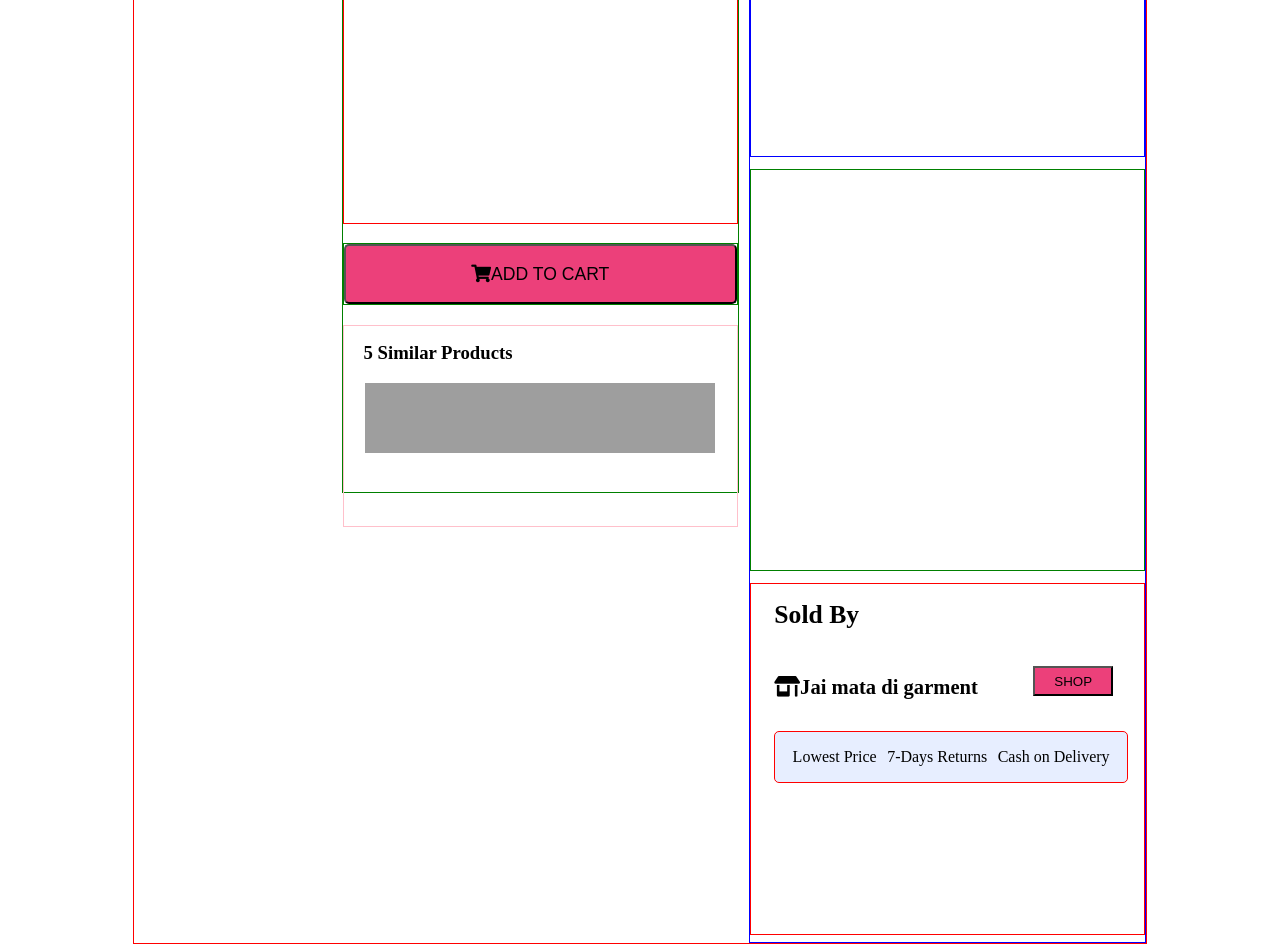
Repository: deepakxxxx/meesho
Page: catelog.html
An editor plug-in stored every save of this project. The page is shown before and after the next save, followed by the edit.
The browser window is 1280 px wide. The pictures show the part of the page from y = 419 to 1371 px (the page is 1371 px tall).
Pictures or frames that could not be fetched are drawn as grey boxes. A picture or video elsewhere on the page could not be fetched, so the positions and the page height are approximate.

Above is the page before, as saved 2021-11-06 17:51:52.

### catelog.html
<!DOCTYPE html>
<html lang="en">
<head>
    <meta charset="UTF-8">
    <meta http-equiv="X-UA-Compatible" content="IE=edge">
    <meta name="viewport" content="width=device-width, initial-scale=1.0">
    <link rel="stylesheet" href="https://use.fontawesome.com/releases/v5.15.4/css/all.css" integrity="sha384-DyZ88mC6Up2uqS4h/KRgHuoeGwBcD4Ng9SiP4dIRy0EXTlnuz47vAwmeGwVChigm" crossorigin="anonymous">
    <title>Document</title>
</head>
<style>
      #main{
        width: 100%;
        height: 136px;
        border: 1px solid white;
        margin: auto;
        /* position: fixed; */
    }
    #top{
        width: 100%;
        height: 70px;
        /* border: 1px solid red; */
        display: flex;

    }
    #left{
        display: flex;
        width: 55%;
    }
    #meesho{
      text-decoration: none;
      font-size: 50px;
      color: #F06292;
      font-weight: bold;
      margin-left: 25%;
      margin-top: 1%;
      /* margin-right: 0px; */
    }
    #search{
        /* margin-left: 30%; */
        height: 60px;
        width: 400px;
        border-radius: 6px;
        margin-top: 1%;
        /* margin-left: 0px; */
        border: 1px solid #BDBDBD;
        font-size: 90%;
        /* margin-right: 60%; */
    }
    #right{
        display: flex;
        list-style-type: none;
        column-gap: 30px;

    }
    #rightmain{
        width: 45%;
        margin-right: 6%;
        /* margin-top: 9px; */
    }
    #app{
        text-decoration: none;
        margin-left: 10px;
        margin-top: 9px;
        font-size: 103%;
        color: black;
    }
    #supp{
        text-decoration: none;
        margin-top: 9px;
        font-size: 103%;
        color: black;
    }
    #profile{
        text-decoration: none;
        font-size: 103%;
        color: black;
    }
    #cart{
        text-decoration: none;
        font-size: 103%;
        color: black;
    }
    #app:hover{
        color: #EC407A;
        text-decoration: underline;
    }
    #profile:hover{
        color: #EC407A;
        text-decoration: underline;
    }
    .line1{
        height: 30px;
    }
    .line2{
        color: #BDBDBD;
    }
    #heading
    {
        width: 73%;
        margin:  5% auto auto auto ;
        display: grid;
        grid-template-columns: 23% 54% 23%;
        padding: 1%;
        position: sticky;
    }
    #topic{
        margin-top:-15px;
        text-align: center;
    }
    #collection{
        display: flex;
        margin-left: 2%;
        list-style-type: none;
        font-size: 105%;
        column-gap: 63px;

    }
    ul > a{
        text-decoration: none;
        color: black;
    }
    ul > a :hover{
        color: #EC407A;
        /* text-decoration: underline; */
    }
    #container{
        width: 80%;
        border: 1px solid red;
        margin: auto;
        display: flex;
        margin-top: 1%;
        column-gap: 1%;
    }
    #smallImg{
        width: 20%;
        /* border: 1px solid blue; */
        height: 300px;
    }
    #bigImg{
        width: 40%;
        border: 1px solid green;
        height: 750px;
    }
    #descr{
        width: 40%;
        border: 1px solid blue;
        height: 1200px;
    }
    .product_sneek_peek{
        width: 70px;
        height: 70px;
        border: 1px solid red;
        margin-left: 69%;
        border-radius: 5px;
    }
    #imgDi{
        width: 99.5%;
        height: 480px;
        border: 1px solid red;
    }
    #addto{
        width: 99.5%;
        height: 60px;
        border: 1px solid green;
        margin-top: 5%;
    }
    #addto > button{
        width: 100%;
        height: 100%;
        background-color: #EC407A;
        font-size: 110%;
        border-radius: 5px;
    }
    #similar{
        width: 99.5%;
        height: 200px;
        border: 1px solid pink;
        margin-top: 5%;
    }
    #deta{
        width: 99.5%;
        height: 200px;
        border: 1px solid red;
    }
    #sizes{
        width: 99.5%;
        height: 200px;
        border: 1px solid blue;
        margin-top: 3%;
    }
    #infor{
        width: 99.5%;
        height: 400px;
        border: 1px solid green;
        margin-top: 3%;
    }
    #deler{
        width: 99.5%;
        height: 350px;
        border: 1px solid red;
        margin-top: 3%;
    }
    #similar > h3{
        margin-left: 5%;
        margin-top: 4%;
    }
    #simimg{
        display: flex;
        justify-content: center;
    }
    #simimg > img{
        width: 70px;
        height: 70px;
    }
    #deler > h3{
        margin-top: 4%;
        margin-left: 6%;
        font-size: 160%;
    }
    #sho{
        display: flex;
        margin-left: 6%;
        column-gap: 15%;
        font-size: 110%;
    }
    #sho > button{
        width: 80px;
        height: 30px;
        margin-top: 3%;
        background-color: #EC407A;
    }
    #sho1{
        display: flex;
        margin-left: 6%;
        column-gap: 3%;
        border: 1px solid red;
        justify-content: center;
        margin-right: 4%;
        background-color: #e7eeff;
        margin-top: 3%;
        border-radius: 5px;
    }
</style>
<body>
    <div id="main">

        <div id="top">
            <div id="left">
             <span><a href="" id="meesho"><img src="https://cdn.hevodata.com/customer/logo/8c76f62bd88177a78bb6e2810a244446.png" alt="" rel = "icon" width="40%"></span></a>
             <span><input type="search" id="search" placeholder="Try Saree,Kurti or Search by Product Code"> </span>
            </div>
            <div id="rightmain">
                <ul id="right">
                    <div id="app">
                      <li><a href="" id="app"><i class="fas fa-mobile-alt"></i></a><a href="" id="app">Download App</a></li>

                    </div>
                    <hr class="line1">
                    <div id="supp">
                      <li><a href="" id="supp">Become a Supplier</a></li>

                    </div>
                    <hr class="line1">
                    <div>
                       <a href="" id="profile"><i class="far fa-user"></i></a>
                      <li><a href="" id="profile">Profile</a></li>
                    </div>

                    <hr class="line1">
                    <div>
                      <a href="" id="cart"><i class="fas fa-shopping-cart"></i></a>
                      <li><a href="" id="cart">Cart</a></li></li>
                    </div>

                </ul>
            </div>
        </div>

        <hr class="line2">
        <div id="secondLine">
        <ul id="collection">
            <a href="" class="same"><li>Women Ethnic</li></a>

            <a href="" class="same"><li>Women Western</li></a>

            <a href="" class="same"><li>Jewellery & Accessories</li></a>
            <a href="" class="same"><li>Men</li></a>
            <a href="" class="same"><li>Beauty & Health</li></a>
            <a href="" class="same"><li>Bags & Footwear</li></a>
            <a href="" class="same"><li>Home & Kitchen</li></a>
            <a href="" class="same"><li>Kids</li></a>
            <a href="" class="same"><li>Electronics</li></a>
        </ul>
      </div>
      <hr class="line2">
    </div>

    <div id="container">
        <div id="smallImg">
            <div class="product_sneek_peek">

            </div>
        </div>
        <div id="bigImg">
            <div id="imgDi">

            </div>
            <div id="addto">
                <button><i class="fas fa-shopping-cart"></i>ADD TO CART</button>
            </div>
            <div id="similar">
            <h3>5 Similar Products</h3>
            <div id="simimg">
                <img src="https://images.meesho.com/images/products/59272960/fddtp_512.jpg"/>
                <img src="https://images.meesho.com/images/products/59272964/a4l8y_512.jpg"/>
                <img src="https://images.meesho.com/images/products/59272962/azz7k_512.jpg"/>
                <img src="https://images.meesho.com/images/products/59272963/a5qjv_512.jpg"/>
                <img src="https://images.meesho.com/images/products/59272961/mx9tt_512.jpg"/>
            </div>
            </div>
        </div>
        <div id="descr">
            <div id="deta"></div>
            <div id="sizes"></div>
            <div id="infor"></div>
            <div id="deler">
                <h3>Sold By</h3>
                <div id="sho">
                    <h3><i class="fas fa-store-alt"></i>Jai mata di garment</h3>
                    <button>SHOP</button>
                </div>
                <div id="sho1">
                <p>Lowest Price</p>
                <p>7-Days Returns</p>
                <p>Cash on Delivery</p>
                </div>

            </div>
        </div>
    </div>
</body>
</html>

After the next save:
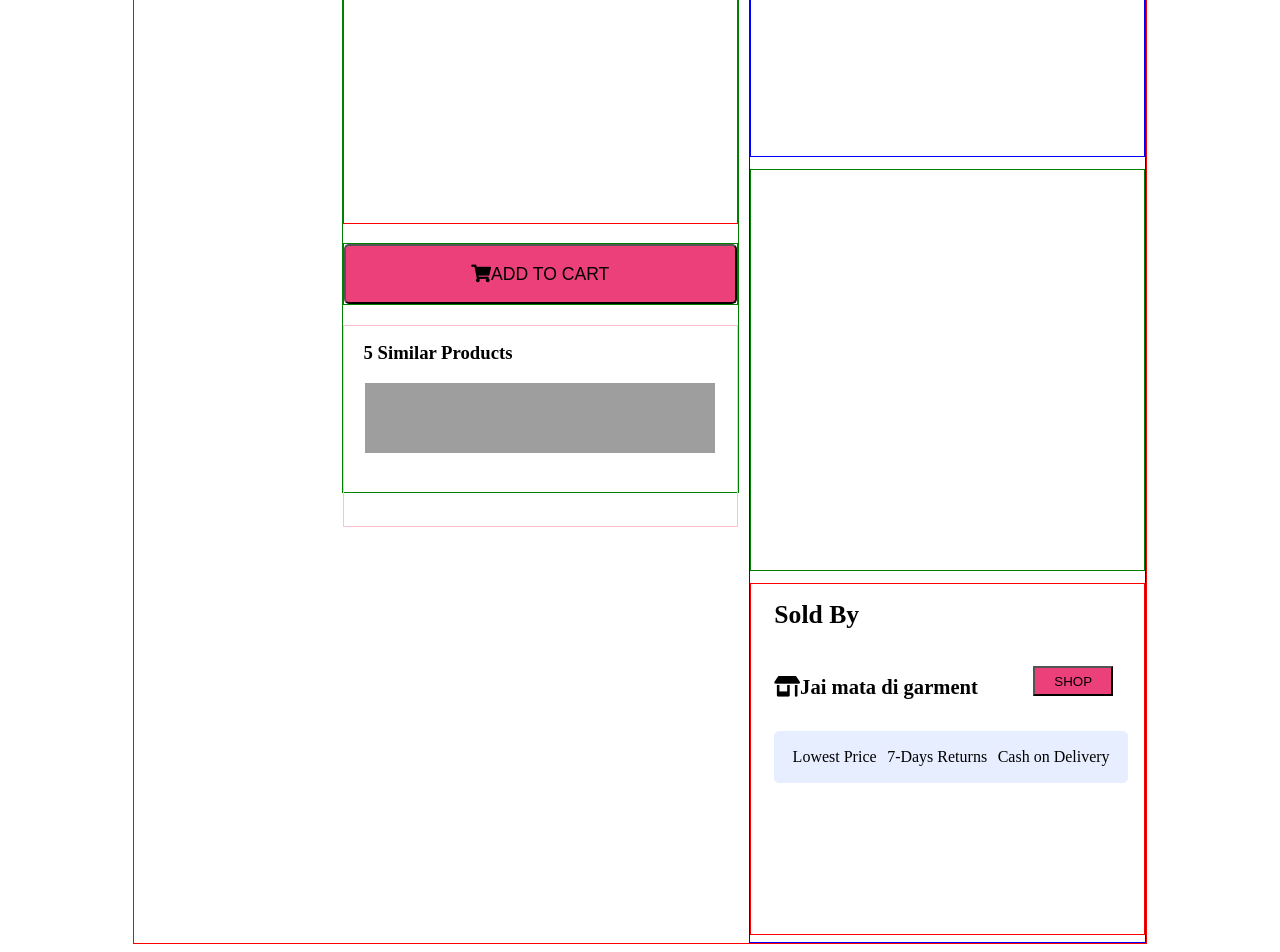
Saved 7 s later.
--- a/catelog.html
+++ b/catelog.html
@@ -233,7 +233,7 @@
         display: flex;
         margin-left: 6%;
         column-gap: 3%;
-        border: 1px solid red;
+        border: 1px solid #e7eeff;
         justify-content: center;
         margin-right: 4%;
         background-color: #e7eeff;
